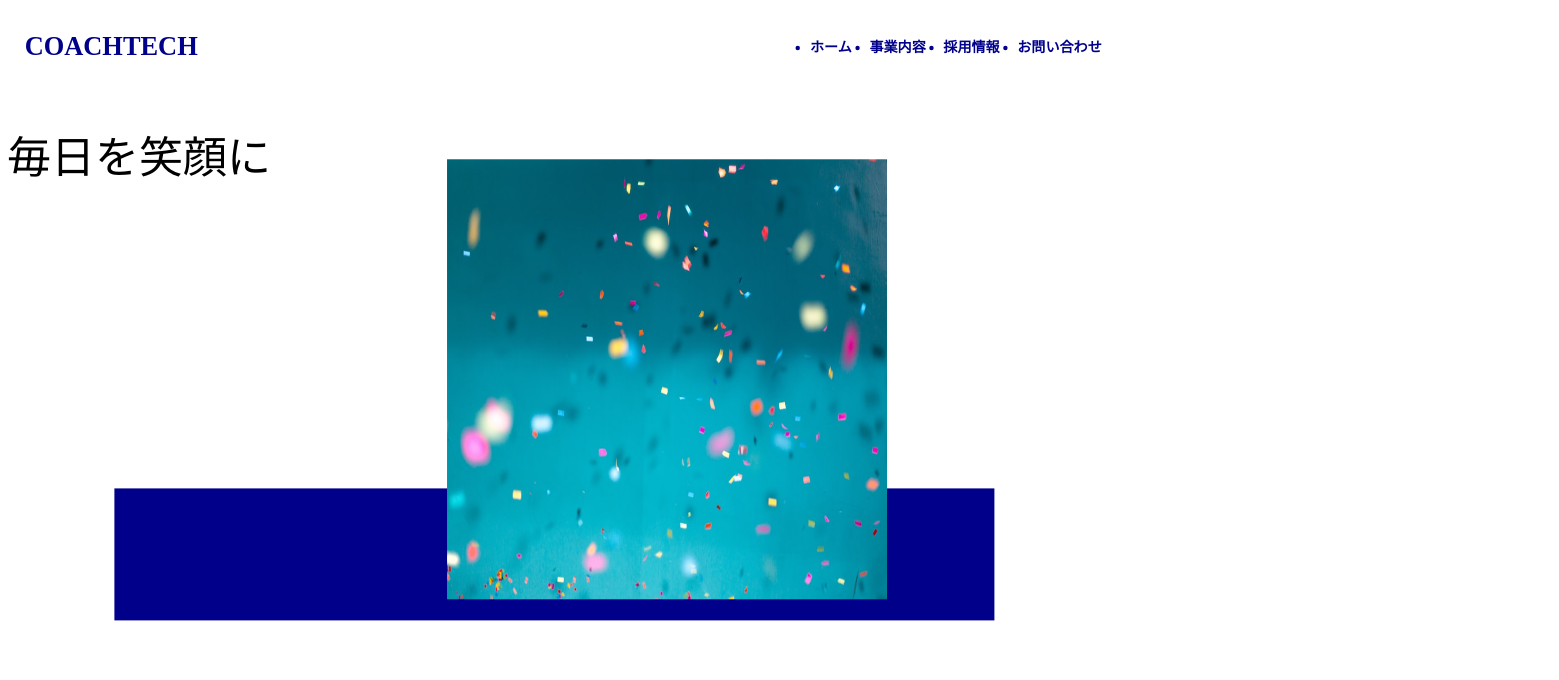
Repository: moro-ayu3/20230213_morohoshi
Page: index.html
The author's editor kept a copy of each file at every save. The page is drawn from the files as they stood at one save, then again after the next save.
The browser window is 1280 px wide. The page is 1772 px wide, so the pictures cover 1772 px, including what lies to the right of the window. The pictures show the whole page, at 88% of full size.

Above is the page before, as saved 2023-02-14 10:12:00.

### index.html
<!DOCTYPE html>
<html lang="ja">

  <head>
    <meta charset="UTF-8" />
    <meta name="viewport" content="width=device-width, initial-scale=1.0" />
    <title>css演習問題</title>
    <link rel="stylesheet" href="./style.css">
  </head>

  <body>
   <header class="header">
    <h1 class="header-ttl">
     COACHTECH
    </h1>
    <ul class="header-list">
      <li class="header-item">ホーム</li><li class="header-item">事業内容</li><li class="header-item">採用情報</li><li class="header-item">お問い合わせ</li>
   </ul>
   </header>
   <main>
    <div class="flex">
     <p>毎日を笑顔に</p>
     <div class="relative img">
      <img src="img/firstview.jpeg" width="500" height="500"alt="firstview">
     </div>
     <div class="absolute blue-box"></div>
    </div>
   </main>
  </body>

</html>

### style.css
.header {
  display: flex;
  justify-content: space-between;
  align-items: center;
  margin-top: 15px;
  color: #00008b;
}

.header-ttl {
  font-size: 30px;
  margin-left: 20px;
}

.header-list {
  display: flex;
  font-weight: bold;
}

.header-item {
  margin-right: 20px;
}

p {
  display: flex;
  flex-direction: row;
  color: black;
  font-size: 50px;
}

.relative {
  position: relative;
  bottom: 80px;
  left: 500px;
  z-index: 10;
}

.img {
  width: 100%;
  height: auto;
}

.absolute {
  position: absolute;
  bottom: 15px;
  right: 150px;
  z-index: 0;
}

.blue-box {
  width: 1000px;
  height: 150px;
  background-color: #00008b;
}

After the next save:
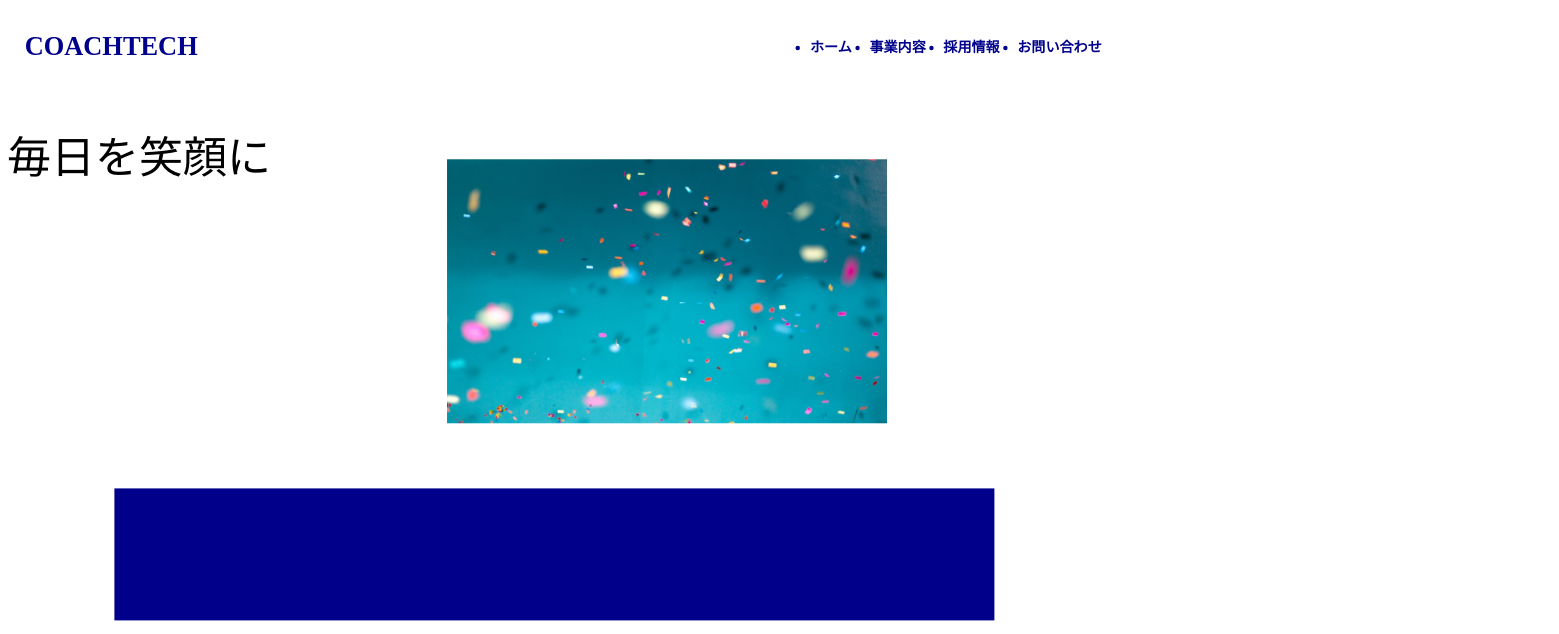
Saved 6 s later.
--- a/index.html
+++ b/index.html
@@ -21,7 +21,7 @@
     <div class="flex">
      <p>毎日を笑顔に</p>
      <div class="relative img">
-      <img src="img/firstview.jpeg" width="500" height="500"alt="firstview">
+      <img src="img/firstview.jpeg" width="500" height="300"alt="firstview">
      </div>
      <div class="absolute blue-box"></div>
     </div>
